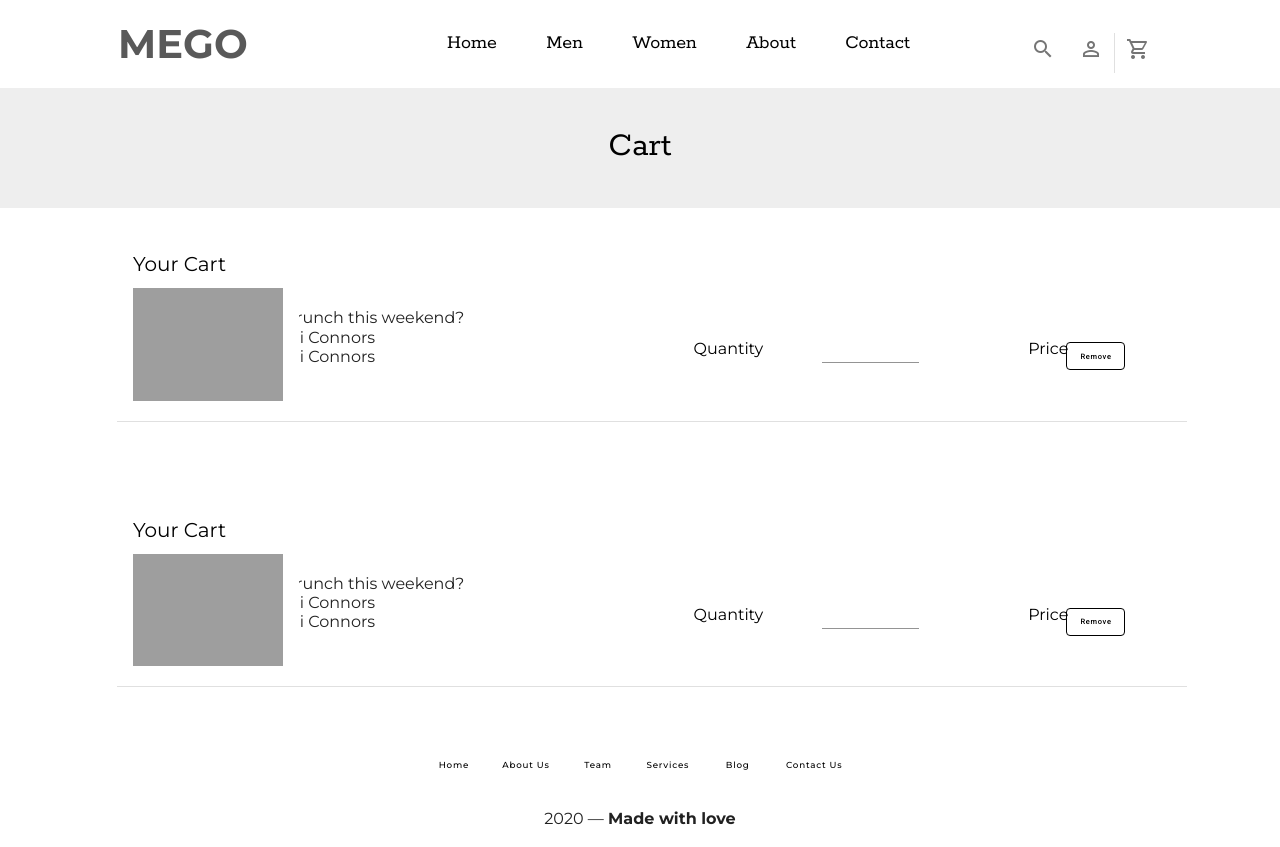
Repository: nguyenphuong152/mego-frontend
Page: /cart (app in frontend/)
An editor plug-in stored every save of this project. The page is shown before and after the next save, followed by the edit.
The browser window is 1280 px wide. The pictures show the whole page.
Pictures or frames that could not be fetched are drawn as grey boxes. The project was rebuilt for these pictures with package versions that can differ from the ones it lists, and the page was loaded fresh each time. Also part of the build but not shown: frontend/vue.config.js, frontend/src/components/Customer/Collection.vue, frontend/src/components/Customer/Banner.vue, frontend/src/components/Customer/BestSeller.vue, frontend/src/components/Customer/Partner.vue, frontend/src/views/Customer/Home.vue, frontend/src/components/Customer/ProductCategory.vue, frontend/src/components/Customer/ProductView.vue and 10 more. Imported but missing from the stored project, and not drawn on this page: frontend/src/views/Admin/Category.vue, frontend/src/views/Admin/ManageProduct.vue, frontend/src/views/Admin/ManageUser.vue, frontend/src/views/Admin/OrderList.vue.

Above is the page before, as saved 2020-11-26 17:00:08.

After the next save:
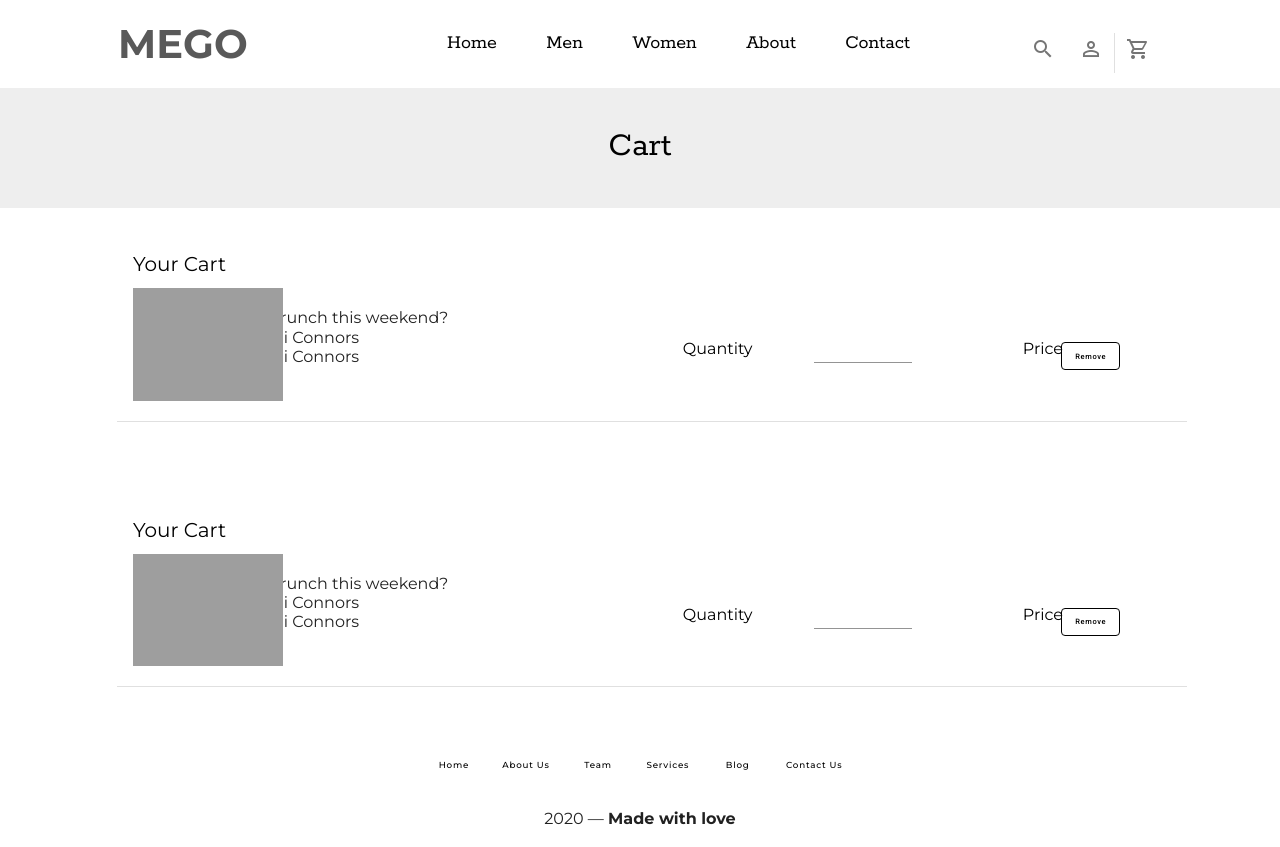
Saved 12 s later.
--- a/frontend/src/components/Customer/TotalProducts.vue
+++ b/frontend/src/components/Customer/TotalProducts.vue
@@ -13,7 +13,7 @@
 
         <v-list-item v-else :key="item.title">
           <v-img :src="item.avatar" max-height="150" max-width="150"></v-img>
-          <v-list-item-content class="text-start ml-4">
+          <v-list-item-content class="text-start">
            <v-row>
               <v-list-item-title
               v-html="item.title"
